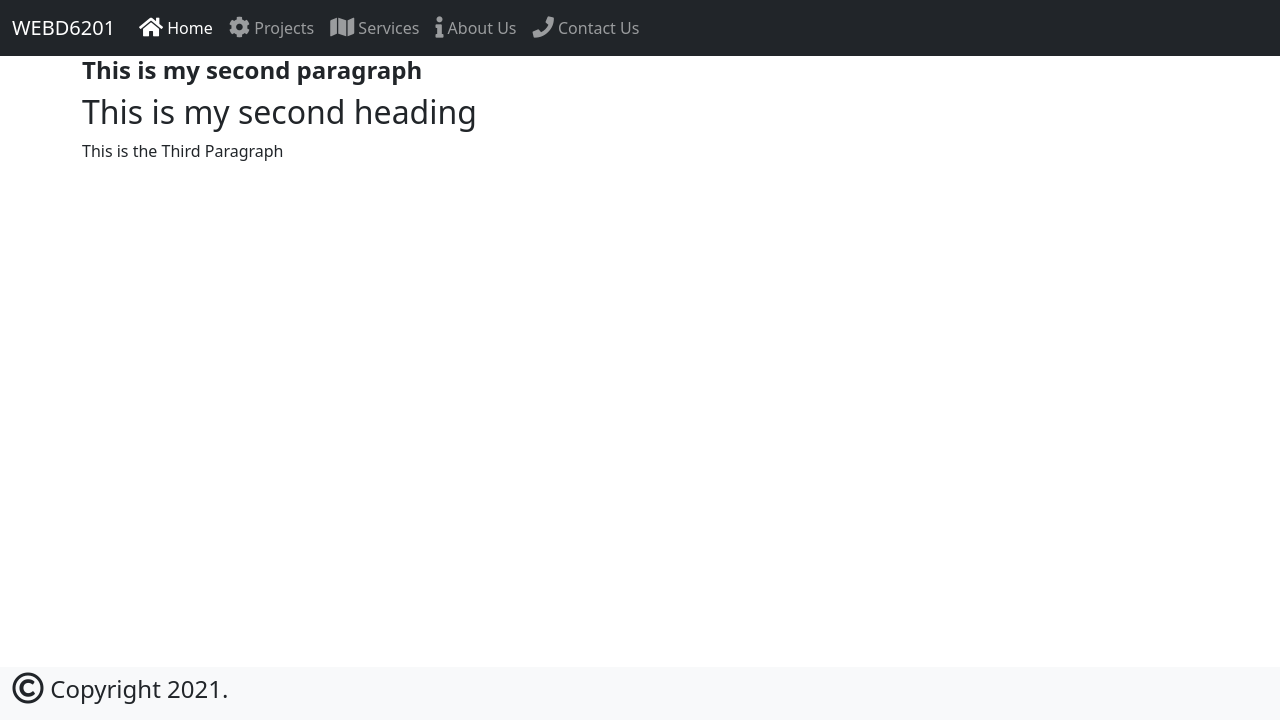
Repository: Sub4Sub/Lab_1
Page: index.html
These files come from the project's save history. The page is drawn as it stood at one moment and after the next save; the edit follows.
The browser window is 1280 px wide. The pictures show the whole page.

Above is the page before, as saved 2021-02-03 18:25:53.

After the next save:
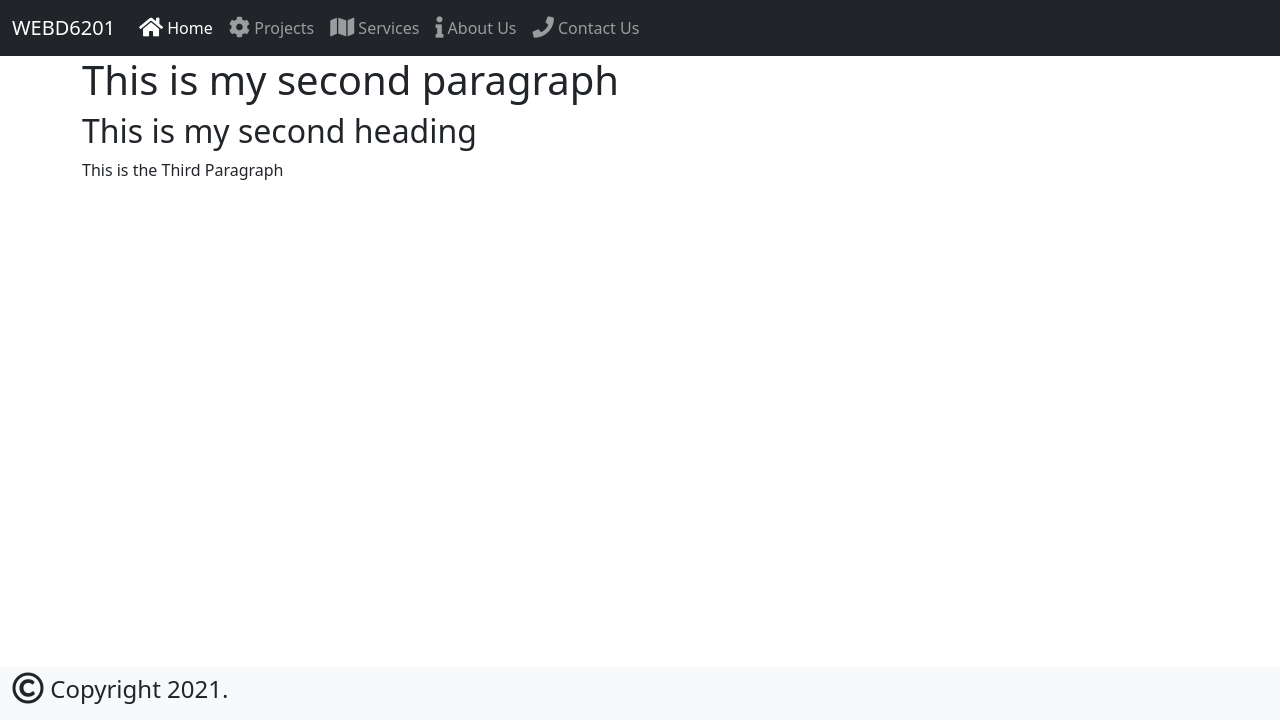
Saved 12 s later.
--- a/Scripts/app.js
+++ b/Scripts/app.js
@@ -21,7 +21,7 @@
         // STEP 2 - configure the new Element
         indexHeading.setAttribute("id", "indexHeading");
         indexHeading.textContent = "This is my second paragraph";
-        indexHeading.className = "fs-4 fw-bold";
+        //indexHeading.className = "fs-4 fw-bold";
         // STEP 3 - Target the Parent Element
         let mainContent = document.querySelector("main");
         // STEP 4 - append the new element to the parent
